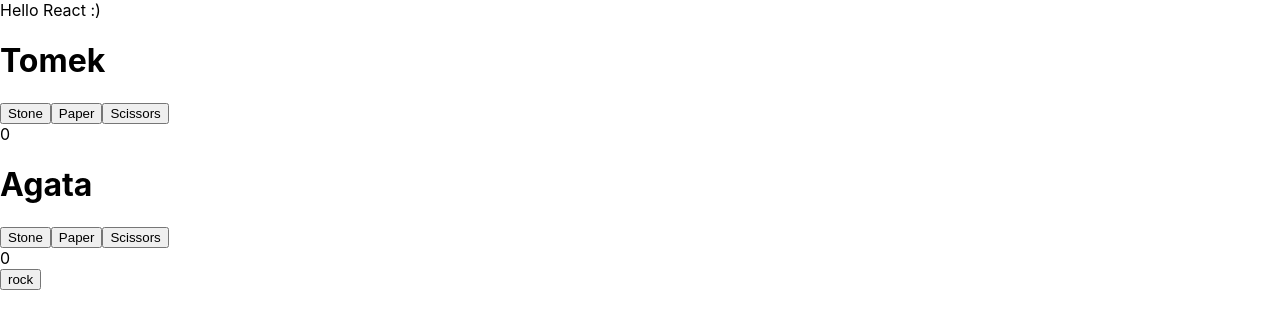
Repository: K009/Rock-Paper-Scissors
Page: /
The author's editor kept a copy of each file at every save. The page is drawn from the files as they stood at one save, then again after the next save.
The browser window is 1280 px wide. The pictures show the whole page.
The project was rebuilt for these pictures with package versions that can differ from the ones it lists, and the page was loaded fresh each time. Also part of the build but not shown: src/App.css.

Above is the page before, as saved 2020-05-11 09:42:45.

### src/App.js
import React, { useEffect, useState, Component } from "react";
import "./App.css";
import Player from "./components/Player";

const weapon = ["rock", "paper", "scissors"];
class App extends Component {
  state = {
    playerOne: weapon[0],
    playerTwo: weapon[0],
    winner: "",
  };
  //const [name, setName] = useState("");

  render() {
    return (
      <div className="App">
        Hello React :)
        <div className="Players">
          <Player playerName="Tomek" />
          <Player playerName="Agata" />
        </div>
        <div>
          <button className="weapon" onClick={() => this.selectWeapon("rock")}>
            rock
          </button>
        </div>
      </div>
    );
  }
}

export default App;

### src/components/Player.js
import React, { useState } from "react";
//import style from "./player.module.css";

const Player = ({ playerName }) => {
  const [option, setOption] = useState(0);
  return (
    <div>
      <h1>{playerName}</h1>
      <button
        className="submit-button"
        type="submit"
        onClick={() => setOption(option + 1)}
      >
        Stone
      </button>
      <button
        className="submit-button"
        type="submit"
        onClick={() => setOption(option + 2)}
      >
        Paper
      </button>
      <button
        className="submit-button"
        type="submit"
        onClick={() => setOption(option + 3)}
      >
        Scissors
      </button>
      <div>{option}</div>
    </div>
  );
};

export default Player;

Loaded but not shown: public/index.html (common file); src/index.js (common file); src/index.css (common file); src/serviceWorker.js (common file)

After the next save:
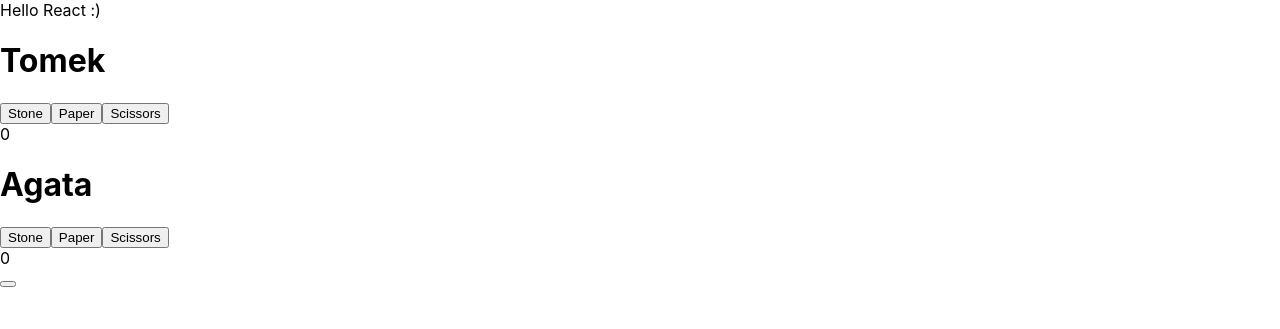
Saved 20 s later.
--- a/src/App.js
+++ b/src/App.js
@@ -21,7 +21,7 @@
         </div>
         <div>
           <button className="weapon" onClick={() => this.selectWeapon("rock")}>
-            rock
+            {this.weapon}
           </button>
         </div>
       </div>

After the save that followed:
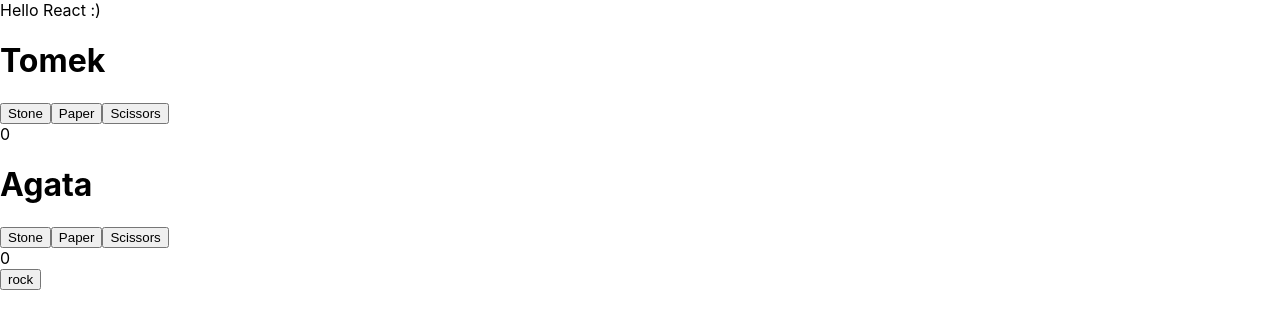
Saved 20 s later.
--- a/src/App.js
+++ b/src/App.js
@@ -21,8 +21,9 @@
         </div>
         <div>
           <button className="weapon" onClick={() => this.selectWeapon("rock")}>
-            {this.weapon}
+            rock
           </button>
+          {this.weapon}
         </div>
       </div>
     );
